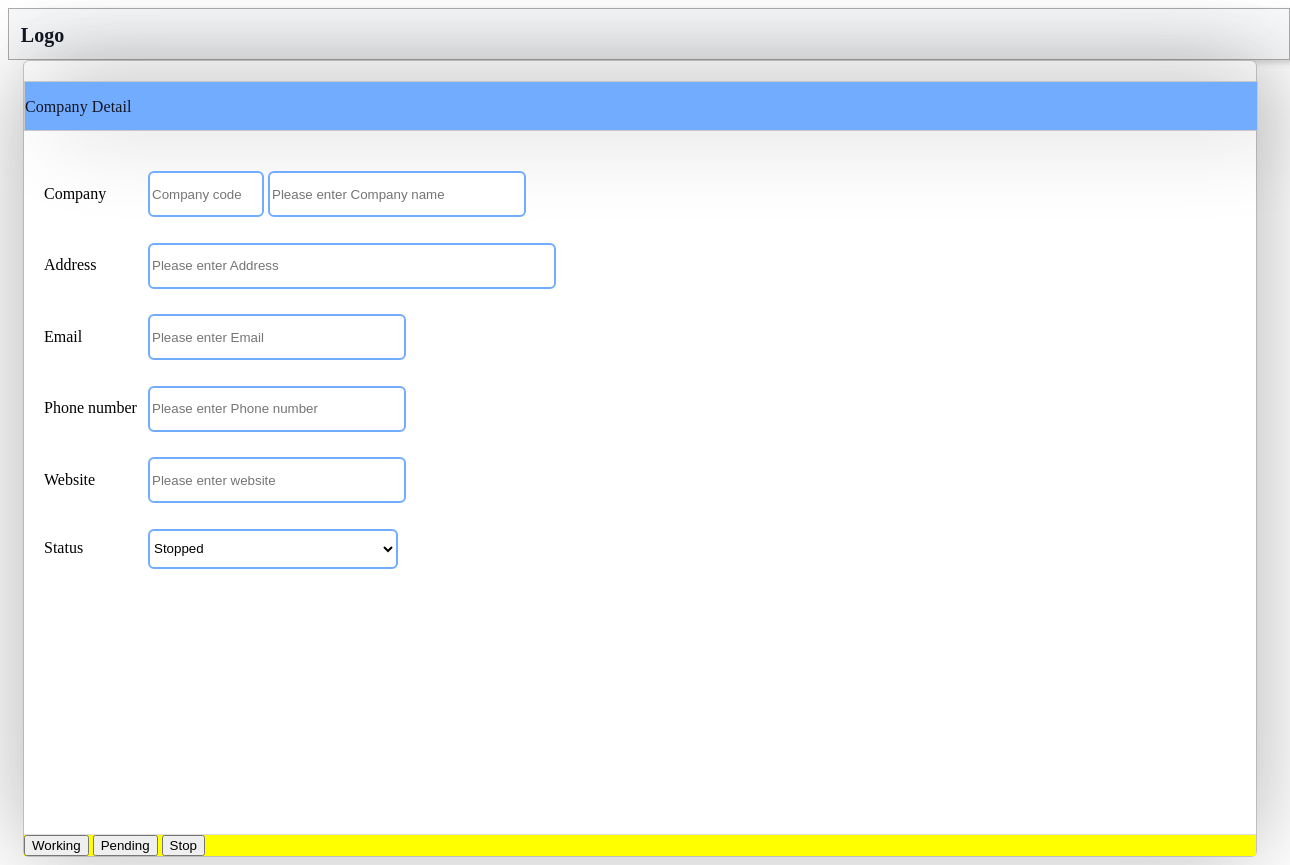
Repository: Zain1409/company
Page: client/html/CompanyDetail.html
The author's editor kept a copy of each file at every save. The page is drawn from the files as they stood at one save, then again after the next save.
The browser window is 1280 px wide. The page is 1290 px wide, so the pictures cover 1290 px, including what lies to the right of the window. The pictures show the whole page.

Above is the page before, as saved 2021-04-04 21:36:18.

After the next save:
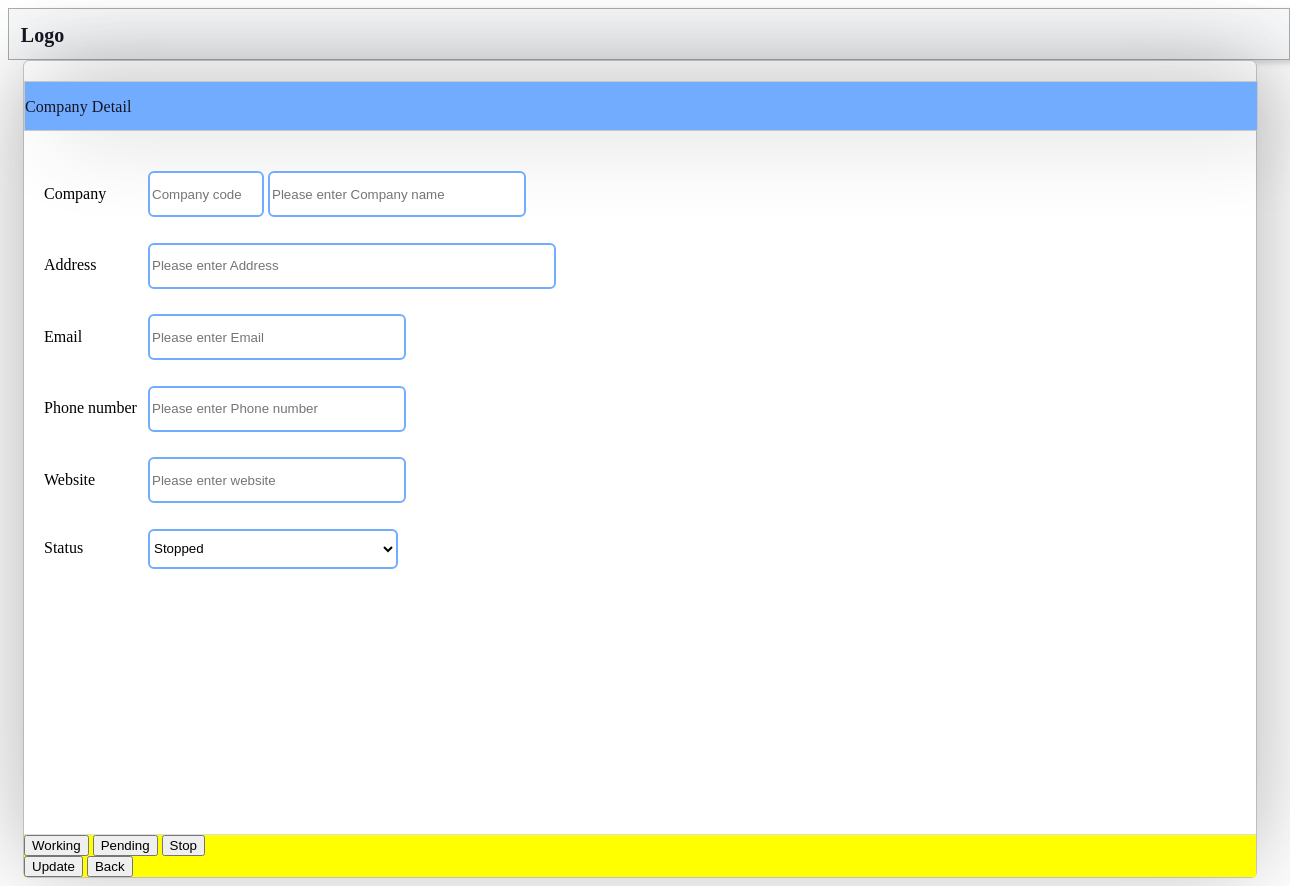
Saved 44 s later.
--- a/client/html/CompanyDetail.html
+++ b/client/html/CompanyDetail.html
@@ -49,7 +49,8 @@
                 <button>Stop</button>
             </div>
             <div id="button_right">
-
+                <button>Update</button>
+                <button>Back</button>
             </div>
         </div>
     </div>
